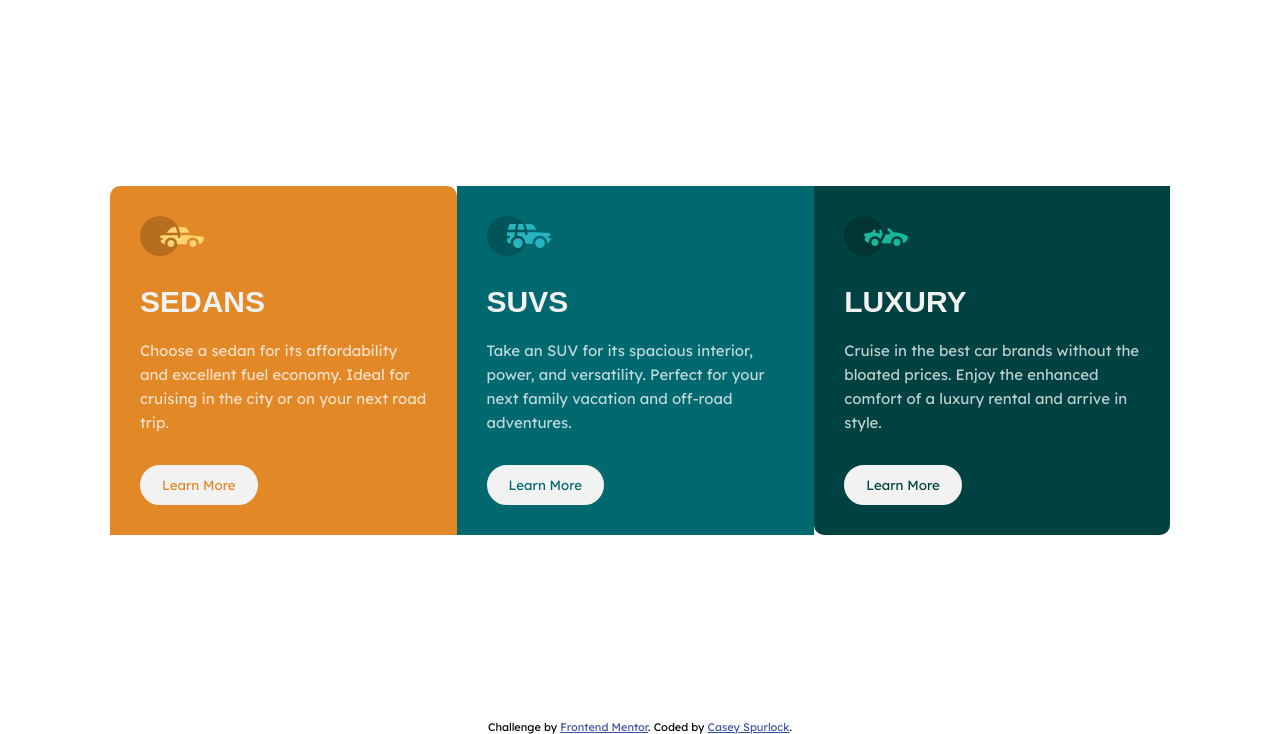
Repository: CaseySpurlock/3-column-preview-card-component-main
Page: index.html
The author's editor kept a copy of each file at every save. The page is drawn from the files as they stood at one save, then again after the next save.
The browser window is 1280 px wide. The pictures show the whole page.

Above is the page before, as saved 2021-06-23 11:18:46.

### index.html
<!DOCTYPE html>
<html lang="en">
<head>
  <meta charset="UTF-8">
  <meta name="viewport" content="width=device-width, initial-scale=1.0"> <!-- displays site properly based on user's device -->

  <link rel="icon" type="image/png" sizes="32x32" href="./images/favicon-32x32.png">

  <title>Frontend Mentor | 3-column preview card component</title>

  <!-- Stylesheets -->
  <link rel="stylesheet" href="style.css">
  <link rel="preconnect" href="https://fonts.googleapis.com">
  <link rel="preconnect" href="https://fonts.gstatic.com" crossorigin>
  <link href="https://fonts.googleapis.com/css2?family=Big+Shoulders+Display:wght@700&family=Lexend+Deca&display=swap" rel="stylesheet">
</head>


<body>
  <div class="container">
    <div class="card bright-orange">
      <img src="./images/icon-sedans.svg" alt="sedan img">
      <h3>Sedans</h3>
      <p>Choose a sedan for its affordability and excellent fuel economy. Ideal for cruising in the city
        or on your next road trip.</p>
        <button class="btn">Learn More</button>
    </div>

    <div class="card dark-cyan">
      <img src="./images/icon-suvs.svg" alt="suv img">
      <h3>SUVs</h3>
      <p>Take an SUV for its spacious interior, power, and versatility. Perfect for your next family vacation
        and off-road adventures.</p>
        <button class="btn">Learn More</button>
    </div>

    <div class="card very-dark-cyan">
      <img src="./images/icon-luxury.svg" alt="luxury img">
      <h3>Luxury</h3>
      <p>Cruise in the best car brands without the bloated prices. Enjoy the enhanced comfort of a luxury
      rental and arrive in style.</p>
      <button class="btn">Learn More</button>
    </div>
  </div>

  <footer>
    <div class="attribution">
      Challenge by <a href="https://www.frontendmentor.io?ref=challenge" target="_blank">Frontend Mentor</a>.
      Coded by <a href="https://csgc86.myportfolio.com/" target="_blank">Casey Spurlock</a>.
    </div>
  </footer>
</body>
</html>

### style.css
* {
    margin: 0;
    padding: 0;
    box-sizing: border-box;
}

body, button {
    font-family: "Lexend deca", sans-serif;
}

h3 {
    font-family: "Big Shoilders Display", sans-serif;
    text-transform: uppercase;
    font-size: 30px;
}

p {
    color: hsla(0, 0%, 100%, 0.75);
    font-size: 15px;
    line-height: 1.6;
}

.bright-orange {
    background-color: hsl(31, 77%, 52%);
    border-radius: 10px 10px 0 0;
}

.bright-orange .btn {
    color: hsl(31, 77%, 52%);
}

.dark-cyan {
    background-color: hsl(184, 100%, 22%);
}

.dark-cyan .btn {
    color: hsl(184, 100%, 22%);
}

.very-dark-cyan {
    background-color: hsl(179, 100%, 13%);
    border-radius: 0 0 10px 10px;
}

.very-dark-cyan .btn {
    color: hsl(179, 100%, 13%);
}

.container {
    padding: 20px;
}

.card {
    padding: 30px;

}

.card img {
    margin-bottom: 25px;
}

.card h3 {
    color: hsl(0, 0%, 95%);
    margin-bottom: 20px;
}

.card p {
    margin-bottom: 30px;
}

.btn {
    background-color: hsl(0, 0%, 95%);
    border: 2px solid hsl(0, 0%, 95%);
    border-radius: 30px;
    padding: 10px 20px;
    cursor: pointer;
    transition: all 0.3s ease-in-out;
}

.btn:hover {
    background-color: transparent;
    color: hsl(0, 0%, 95%);
}


.attribution {
    font-size: 11px;
    text-align: center;
}

.attribution a {
    color: hsl(228, 45%, 44%);
}

@media (min-width: 992px) {
    .container {
        display: flex;
        align-items: center;
        justify-content: center;
        min-height: 100vh;
        max-width: 900px;
        margin: auto;
    }
}

@media (min-width: 1280px) {
    .container {
        max-width: 1100px;
    }
}

After the next save:
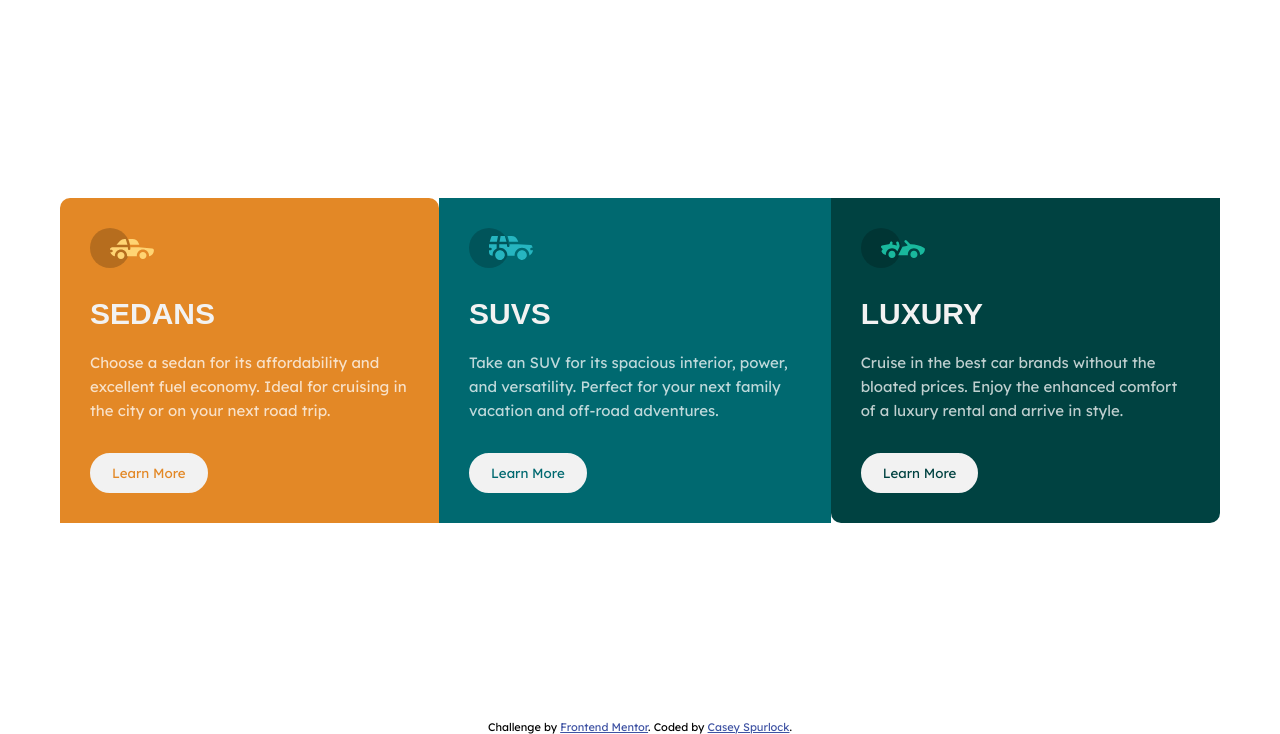
Saved 36 s later.
--- a/style.css
+++ b/style.css
@@ -105,6 +105,6 @@
 
 @media (min-width: 1280px) {
     .container {
-        max-width: 1100px;
+        max-width: 1200px;
     }
 }
